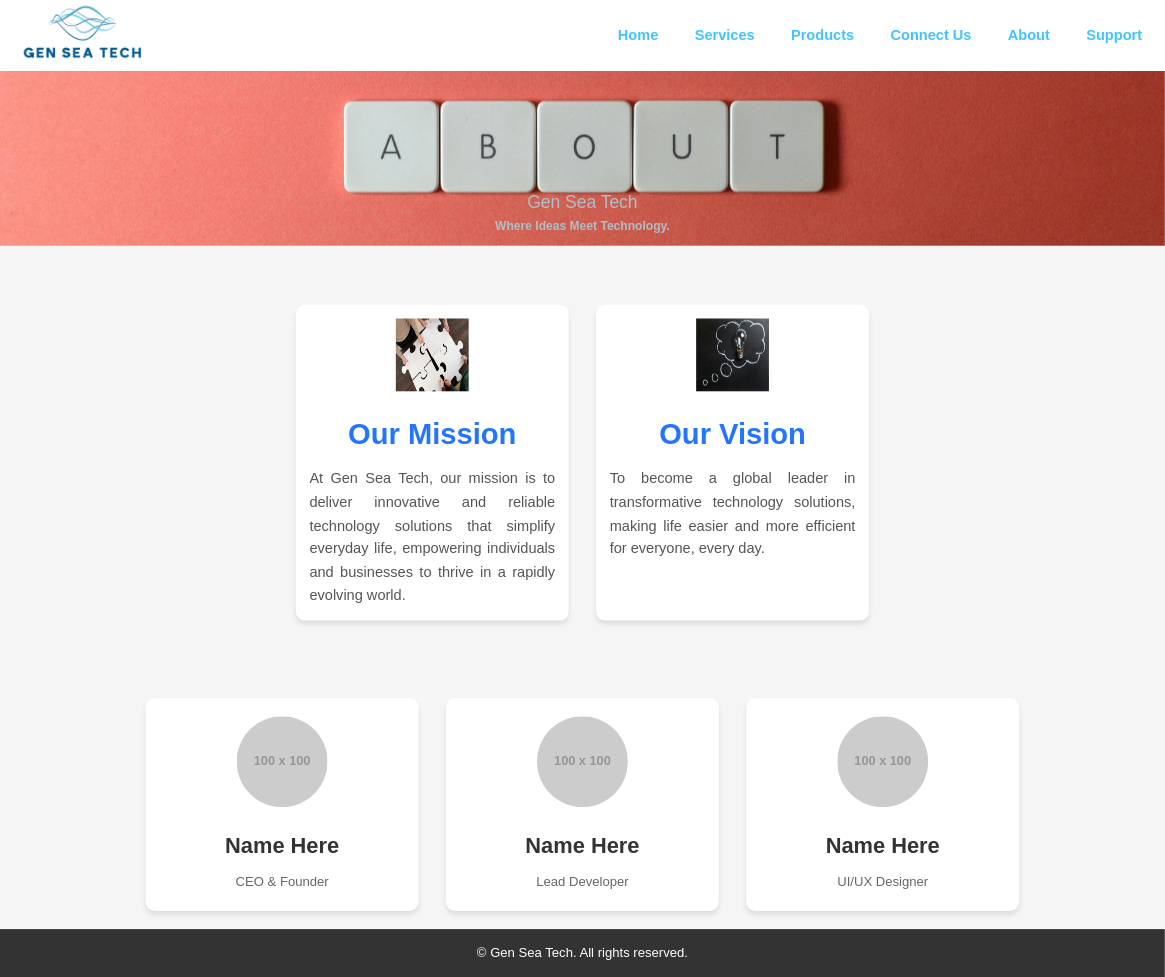
Repository: aniketkhatawkar/Gen_Sea_Tech
Page: http://localhost/GenSeaTech/about.jsp
These files come from the project's save history. The page is drawn as it stood at one moment and after the next save; the edit follows.
The browser window is 1280 px wide. The pictures show the whole page, at 91% of full size.
The page is served by Tomcat 10. Other server files are loaded and not shown.

Above is the page before, as saved 2024-12-14 12:10:22.

### GenSeaTech/src/main/webapp/about.jsp
<!DOCTYPE html>
<html lang="en">
<head>
<meta charset="UTF-8">
<meta name="viewport" content="width=device-width, initial-scale=1.0">
<title>About</title>
<link rel="icon" href="assets/logo.png" type="image/png" >
<style>
    * {
        margin: 0;
        padding: 0;
        box-sizing: border-box;
        font-family: 'Arial', sans-serif;
    }

    body {
        background-color: #f5f5f5;
        color: #333;
        overflow-x: hidden;
    }

    header {
	    background:  url("assets/about.jpg") no-repeat center center;
	    background-size: cover;
	    object-fit: cover;
		color: #b0bec5;
	    padding: 10px 5px;
	    text-align: center;
	}

    header h1 {
        font-size: 3rem;
        margin-bottom: 5px;
    }

    header p {
        font-size: 1.2rem;
        margin-top:120px;
    }

    .mission-vision-section {
        display: flex;
        flex-wrap: wrap;
        justify-content: center;
        gap: 30px;
        margin: 15px;
        padding: 50px;
    }

    .mission-vision-card {
        background: white;
        border-radius: 10px;
        box-shadow: 0 4px 6px rgba(0, 0, 0, 0.1);
        padding: 15px;
        text-align: center;
        width: 300px;
        transition: transform 0.3s ease, box-shadow 0.3s ease;
    }

    .mission-vision-card img {
        width: 80px;
        height: 80px;
        margin-bottom: 15px;
    }

    .mission-vision-card h2 {
        font-size: 2rem;
        color: #2575fc;
        margin-bottom: 10px;
    }

    .mission-vision-card p {
        font-size: 1rem;
        line-height: 1.6;
        color: #555;
        text-align: justify;
    }

    .about-section {
        display: flex;
        flex-wrap: wrap;
        justify-content: center;
        padding: 20px 10px;
        gap: 30px;
    }

    .about-card {
        background: white;
        border-radius: 10px;
        box-shadow: 0 4px 6px rgba(0, 0, 0, 0.1);
        padding: 20px;
        text-align: center;
        width: 300px;
        transition: transform 0.3s ease, box-shadow 0.3s ease;
    }

    .about-card:hover {
        transform: translateY(-10px);
        box-shadow: 0 8px 12px rgba(0, 0, 0, 0.2);
    }

    .about-card img {
        width: 100px;
        height: 100px;
        border-radius: 50%;
        margin-bottom: 15px;
    }

    .about-card h3 {
        margin-bottom: 10px;
        font-size: 1.5rem;
    }

    .about-card p {
        font-size: 0.9rem;
        color: #666;
    }

    @media (max-width: 768px) {
        header h1 {
            font-size: 2.5rem;
        }

        .mission-vision-card {
            width: 100%;
            max-width: 400px;
        }

        .about-card {
            width: 100%;
            max-width: 300px;
        }
    }
</style>
</head>
<body>
	<!-- NavBar -->
	<%@ include file="navbar.jsp" %>

    <header>
        <p>Gen Sea Tech</p>
        <h5>Where Ideas Meet Technology.</h5>
    </header>

    <section class="mission-vision-section">
        <div class="mission-vision-card">
            <img src="assets/mission.jpg" alt="Mission Icon">
            <h2>Our Mission</h2>
            <p>At Gen Sea Tech, our mission is to deliver innovative and reliable technology solutions that simplify everyday life, empowering individuals and businesses to thrive in a rapidly evolving world.</p>
        </div>

        <div class="mission-vision-card">
            <img src="assets/vision.jpg" alt="Vision Icon">
            <h2>Our Vision</h2>
            <p>To become a global leader in transformative technology solutions, making life easier and more efficient for everyone, every day.</p>
        </div>
    </section>

    <section class="about-section" id="team">
        <div class="about-card">
            <img src="https://via.placeholder.com/100" alt="Team Member">
            <h3>Name Here</h3>
            <p>CEO & Founder</p>
        </div>

        <div class="about-card">
            <img src="https://via.placeholder.com/100" alt="Team Member">
            <h3>Name Here</h3>
            <p>Lead Developer</p>
        </div>

        <div class="about-card">
            <img src="https://via.placeholder.com/100" alt="Team Member">
            <h3>Name Here</h3>
            <p>UI/UX Designer</p>
        </div>
    </section>

	<!-- Footer -->
    <%@ include file="footer.jsp" %>
</body>
</html>

### GenSeaTech/src/main/webapp/navbar.jsp
<%@ page language="java" contentType="text/html; charset=UTF-8"
    pageEncoding="UTF-8"%>
<!DOCTYPE html>
<html>
<head>
<meta charset="UTF-8">
<title>Gen Sea Tech</title>
<link rel="icon" href="assets/logo.png" type="image/png" >
<style>
* {
	margin: 0;
	padding: 0;
	box-sizing: border-box;
	font-family: Arial, sans-serif;
}

body {
	line-height: 1.6;
}
.navbar {
	background-color: #ffffff;
	color: #fff;
	padding: 5px 5px;
	display: flex;
	justify-content: space-between;
	align-items: center;
	position: relative;
}

.navbar a {
	color: #40c4ff;
	text-decoration: none;
	margin: 0 20px;
	font-weight: bold;
}

.navbar a:hover {
	color: #757575;
}

.links {
	display: flex;
}
@media (max-width: 768px) {
	.links {
		display: none;
		flex-direction: column;
		background-color: #333;
		position: absolute;
		top: 50px;
		right: 10px;
		width: 200px;
		border-radius: 5px;
		box-shadow: 0px 4px 6px rgba(0, 0, 0, 0.1);
	}

	.links a {
		margin: 10px 0;
		text-align: center;
	}

	.hamburger {
		display: flex;
	}

	.links.active {
		display: flex;
	}
}
</style>
</head>
<body>
	<div class="navbar">
		<div class="logo">
        <a href="home.jsp"><img src="assets/namelogo.png" alt="Gen Sea Tech Logo" style="height: 60px; margin-right: 10px;"></a>
    	</div>
		<div class="links">
			<a href="home.jsp">Home</a>
			<a href="services.jsp">Services</a>
			<a href="products.jsp">Products</a>
			<a href="connectus.jsp">Connect Us</a>
			<a href="about.jsp">About</a>
			<a href="#support.jsp">Support</a>
		</div>
	</div>
</body>
</html>

### GenSeaTech/src/main/webapp/footer.jsp
<%@ page language="java" contentType="text/html; charset=UTF-8"
    pageEncoding="UTF-8"%>
<!DOCTYPE html>
<html>

<head>

<style>
	footer {
        background-color: #333;
        color: white;
        text-align: center;
        padding: 15px;
        margin-top: 0px;
    }

    footer p {
        font-size: 0.9rem;
    }
</style>

	<meta charset="UTF-8">
	<title>Footer</title>
</head>

<body>
	<footer>
        <p>&copy; Gen Sea Tech. All rights reserved.</p>
    </footer>
</body>

</html>

After the next save:
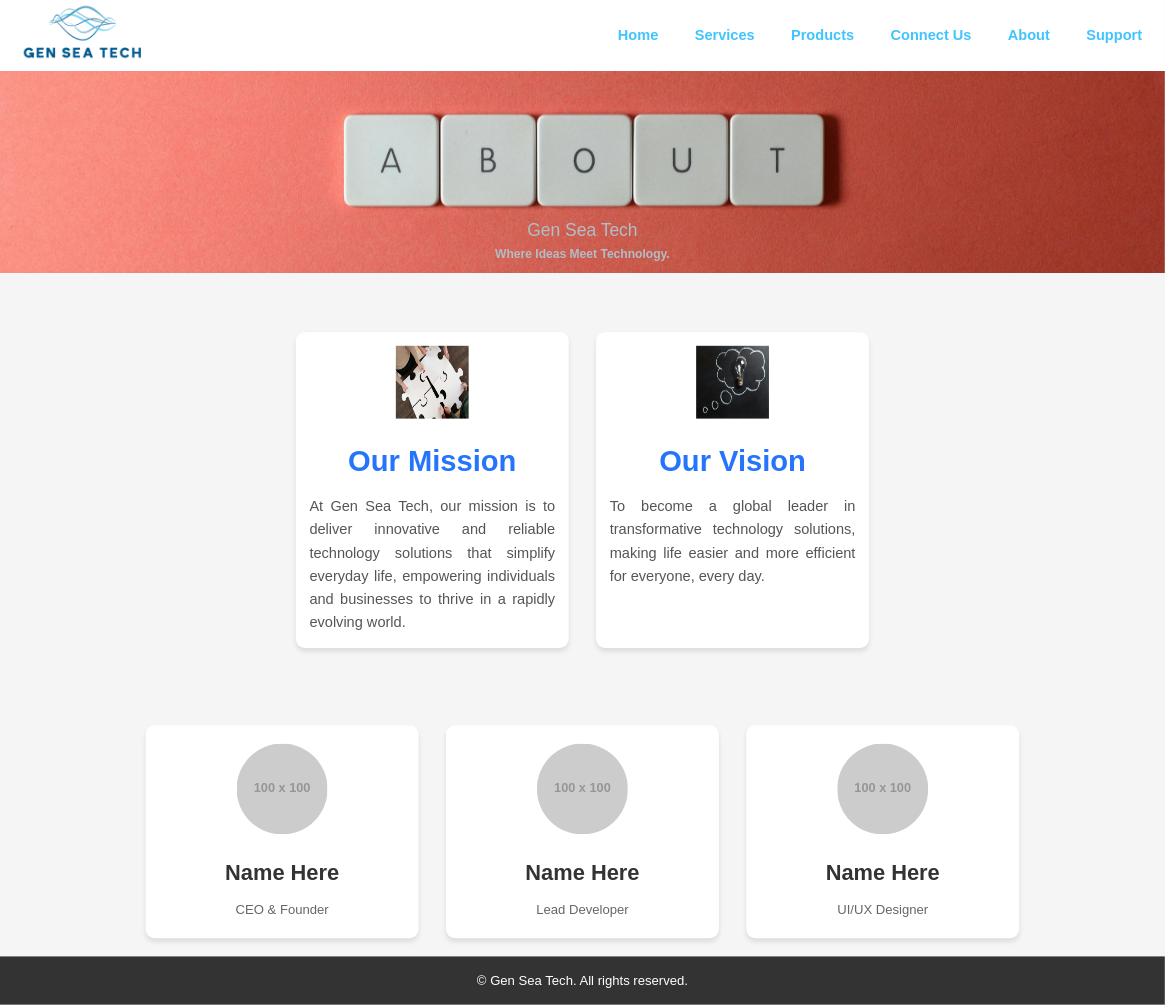
Saved 21 s later.
--- a/GenSeaTech/src/main/webapp/about.jsp
+++ b/GenSeaTech/src/main/webapp/about.jsp
@@ -35,7 +35,7 @@
 
     header p {
         font-size: 1.2rem;
-        margin-top:120px;
+        margin-top:150px;
     }
 
     .mission-vision-section {
